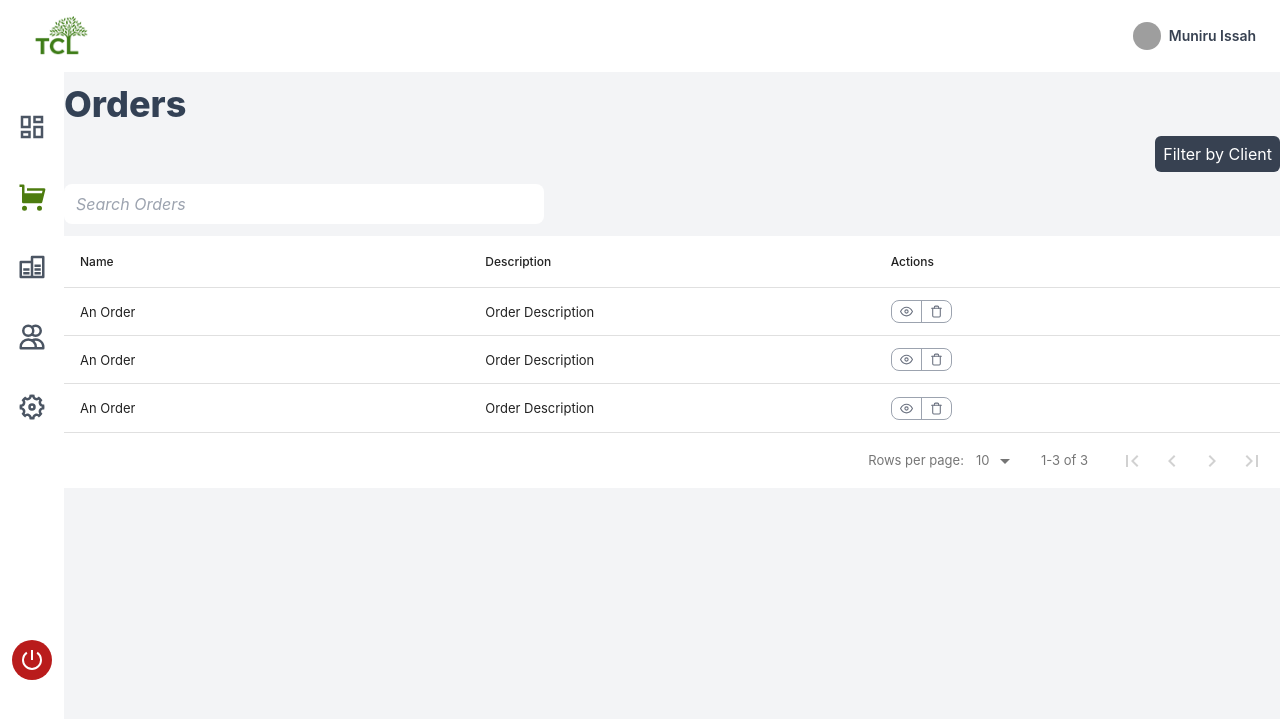
Repository: issah-gaisie/timber
Page: /dashboard/orders
The author's editor kept a copy of each file at every save. The page is drawn from the files as they stood at one save, then again after a run of saves.
The browser window is 1280 px wide. The pictures show the whole page.
Pictures or frames that could not be fetched are drawn as grey boxes. The project was rebuilt for these pictures with package versions that can differ from the ones it lists, and the page was loaded fresh each time. Also part of the build but not shown: src/App.css, src/components/Input.js, src/components/Login.js, src/components/Auth.js, src/components/ResetPassword/PasswordReset.js, src/components/ResetPassword/PasswordResetSent.js, src/components/Dashboard/sub-components/ProfilePopup.js, src/components/PrivateRoute.js and 47 more.

Above is the page before, as saved 2022-04-02 12:06:59.

### src/components/Dashboard/Dashboard.js
//Dashboard Component

import React, { useMemo, useState } from "react";
import logo from "../../assets/TCL2.png";
import profile from "../../assets/man_cutting_timber.jpg";

import { FaAngleDown, FaAngleUp } from "react-icons/fa";
import { Outlet, useLocation } from "react-router-dom";
import Sidebar from "./sub-components/Sidebar";
import ProfilePopup from "./sub-components/ProfilePopup";
import FloatingBottomNavBar from "./sub-components/FloatingBottomNavBar";

//Main Dashboard Component
const Dashboard = () => {
  const location = useLocation();
  console.log({ location });
  const [showPopup, setShowPopup] = useState(false);
  const togglePopup = () => setShowPopup((previousState) => !previousState);

  const arrow = useMemo(
    () => (showPopup ? <FaAngleUp /> : <FaAngleDown />),
    [showPopup]
  );

  return (
    <div className="flex flex-col h-screen w-screen bg-gray-100">
      {/* Dashboard Header */}
      <header className="flex justify-between items-center h-[10vh] shadow-sm bg-white px-2 md:px-6 relative">
        <img src={logo} alt="tcl" className="h-10 w-auto object-contain" />
        <div className="flex justify-center items-center space-x-2 pointer">
          <div
            className="h-7 w-7 rounded rounded-full bg-green-700 bg-cover bg-no-repeat bg-center"
            style={{ backgroundImage: `url(${profile})` }}
          ></div>
          <span className="hidden md:block text-gray-700 text-sm font-semibold ml-3">
            Muniru Issah
          </span>
        </div>
      </header>
      {/* Dashboard Main */}
      <main className="flex w-full h-[90vh] relative">
        <Sidebar />
        <section className="w-full  h-[83vh] md:h-[88vh] scroll-smooth overflow-y-auto bg-gray-100">
          <Outlet />
        </section>
        <FloatingBottomNavBar />
      </main>
    </div>
  );
};

export default Dashboard;

### src/components/Dashboard/Orders/Orders.js
import React from "react";
import { Outlet } from "react-router-dom";
import { profileRoutes } from "../../../utils";
import DashboardTabLink from "../sub-components/DashboardTabLink";
const Orders = () => {
  return (
    <div className="w-full h-full  flex flex-col items-start">
      <h1 className="text-4xl font-extrabold my-3 text-slate-700">Orders</h1>
      {/* <nav className="w-full text-left py-5 border-b border-gray-300 mb-2 flex flex-wrap">
        {profileRoutes.map((route) => (
          <DashboardTabLink {...route} />
        ))}
      </nav> */}
      <Outlet />
    </div>
  );
};

export default Orders;

### src/components/Dashboard/Orders/AllOrders.js
import React from "react";
import DataTable from "react-data-table-component";
import { useNavigate } from "react-router-dom";
import Search from "../StockManagement/sub-components/Search";
import TableActions from "../StockManagement/sub-components/TableActions";
import { useState } from "react";
import FilterByClient from "./sub-components/FilterByClient";
import { useEffect } from "react";
const AllOrders = () => {
  const navigate = useNavigate();
  const [shouldFilter, setShouldFilter] = useState(false);
  const [filter, setFilter] = useState("");

  useEffect(() => {
      console.log({shouldFilter},{filter})
  }, [shouldFilter,filter]);

  const toggleShouldFilter = () => setShouldFilter((prevState) => !prevState);
  const compartmentColumns = [
    {
      name: "Name",
      selector: (row) => row.orderName,
    },
    {
      name: "Description",
      selector: (row) => row.description,
    },
    // {
    //   name: "Active",
    //   selector: (row) =>
    //     row.isActive ? (
    //       <ActivePill>Active</ActivePill>
    //     ) : (
    //       <InactivePill>Inactive</InactivePill>
    //     ),
    // },
    {
      name: "Actions",
      selector: (row) => (
        <div>
          <TableActions
            viewAction={() => navigate(`${row.id}`)}
            deleteAction={() =>
              window.confirm(`Are you sure you want to delete this compartment`)
            }
          />
        </div>
      ),
    },
  ];
  return (
    <div className="w-full">
      {/* <AddnExport /> */}
      <FilterByClient
        filter={filter}
        changeHandler={setFilter}
        shouldFilter={shouldFilter}
        toggleFilters={toggleShouldFilter}
      />
      <Search placeholder="Search Orders" />
      <DataTable
        className="w-full rounded rounded-lg"
        columns={compartmentColumns}
        data={data}
        pagination
      />
    </div>
  );
};

export default AllOrders;

const data = [
  {
    id: 1,
    orderName: "An Order",
    description: "Order Description",
    isActive: true,
  },
  {
    id: 2,
    orderName: "An Order",
    description: "Order Description",
    isActive: true,
  },
  {
    id: 3,
    orderName: "An Order",
    description: "Order Description",
    isActive: false,
  },
];

### src/components/Dashboard/sub-components/Sidebar.js
import React from "react";
import { RiShutDownLine } from "react-icons/ri";
import { NavLink } from "react-router-dom";
import { dashboardNavigation } from "../../../utils";
const Sidebar = () => {
  return (
    <nav className="h-full bg-white shadow-xs min-w-[4rem] basis-[5%] flex-col items-center justify-between  hidden md:flex">
      <div className="flex flex-col justify-center space-y-10 pt-10">
        {dashboardNavigation.map((navItem, index) => (
          <NavLink key={index} to={navItem.path} className="group">
            {({ isActive }) => (
              <>
                <navItem.Icon
                  className={
                    isActive
                      ? "hidden"
                      : "text-3xl text-gray-600 group-hover:hidden"
                  }
                />

                <navItem.IconFilled
                  className={
                    isActive
                      ? "text-3xl text-lime-700"
                      : "hidden text-3xl text-lime-700 group-hover:block"
                  }
                />
              </>
            )}
          </NavLink>
        ))}
      </div>

      <div className=" flex justify-center items-center bg-red-700 hover:bg-red-900 p-2 rounded rounded-full mb-10">
        <RiShutDownLine className="text-2xl text-white" />
      </div>
    </nav>
  );
};

export default Sidebar;

### src/components/Dashboard/sub-components/FloatingBottomNavBar.js
import React from "react";
import { RiShutDownLine } from "react-icons/ri";
import { NavLink } from "react-router-dom";
import { dashboardNavigation } from "../../../utils";

const FloatingBottomNavBar = () => {
  return (
    <nav className="flex md:hidden w-full items-center justify-around bg-white shadow-sm absolute bottom-0 h-[6vh]  m-auto">
      {dashboardNavigation.map((navItem, index) => (
        <NavLink key={index} to={navItem.path} className="group">
          {({ isActive }) => (
            <>
              <navItem.Icon
                className={
                  isActive
                    ? "hidden"
                    : "text-xl text-gray-600 group-hover:hidden"
                }
              />

              <navItem.IconFilled
                className={
                  isActive
                    ? "text-xl text-lime-700"
                    : "hidden text-xl text-lime-700 group-hover:block"
                }
              />
            </>
          )}
        </NavLink>
      ))}
      <div className="">
        <RiShutDownLine className="text-xl text-red-600" />
      </div>
    </nav>
  );
};

export default FloatingBottomNavBar;

### src/utils/index.js
import {
  RiDashboardFill,
  RiDashboardLine,
  RiSettings5Fill,
  RiSettings5Line,
  RiDatabaseFill,
  RiDatabaseLine,
  RiShoppingCartLine,
  RiShoppingCartFill
} from "react-icons/ri";
import { HiUsers, HiOutlineUsers } from "react-icons/hi";
import manCTimber from "../assets/man_cutting_timber.jpg";
// sidebar utils
export const dashboardNavigation = [
  {
    name: "Dashboard",
    IconFilled: (props) => <RiDashboardFill {...props} />,
    Icon: (props) => <RiDashboardLine {...props} />,
    path: "main",
  },
  {
    name: "Orders",
    IconFilled: (props) => <RiShoppingCartFill {...props} />,
    Icon: (props) => <RiShoppingCartLine {...props} />,
    path: "orders",
  },
  {
    name: "Stock Management",
    IconFilled: (props) => <RiDatabaseFill {...props} />,
    Icon: (props) => <RiDatabaseLine {...props} />,
    path: "stock-management",
  },
  {
    name: "Users",
    IconFilled: (props) => <HiUsers {...props} />,
    Icon: (props) => <HiOutlineUsers {...props} />,
    path: "users",
  },
  {
    name: "Profile",
    IconFilled: (props) => <RiSettings5Fill {...props} />,
    Icon: (props) => <RiSettings5Line {...props} />,
    path: "profile",
  },
];

// ROUTES FOR THE PROFILE SECTION  IN THE DASHBOARD
export const profileRoutes = [
  {
    name: "Personal Details",
    path: "personal-details",
  },
  {
    name: "Change Password",
    path: "change-password",
  },
];

// ROUTES FOR THE USERS SECTION IN THE DASHBOARD
export const userRoutes = [
  {
    name: "All Users",
    path: "all",
  },
  {
    name: "Active Users",
    path: "active",
  },
  {
    name: "Deactivated Users",
    path: "deactivated",
  },
  {
    name: "Client Users",
    path: "client",
  },
  {
    name: "Internal Users",
    path: "internal",
  },
];

// ROUTES FOR STOCK MANAGEMENT IN THE DASHBOARD
export const stockRoutes = [
  {
    name: "Concession",
    path: "concession",
  },
  {
    name: "Compartment",
    path: "compartment",
  },
  {
    name: "Species",
    path: "species",
  },
  {
    name: "Trees",
    path: "trees",
  },
  {
    name: "Teams",
    path: "teams",
  },
  {
    name: "Products",
    path: "products",
  },
  {
    name: "Product Types",
    path: "product-types",
  },
];

// TEST USERS
export const testUsers = [
  {
    id: 1,
    username: "Missah",
    firstName: "Issah",
    lastName: "Muniru",
    email: "issahmuniru@gmail.com",
    phoneNumber: "+23355345679",
    location: "Lakeside",
    address1: "Lakeside Barrier",
    address2: "Lakeside Second",
    role: "Admin",
    profileImage: manCTimber,
    active: false,
  },
  {
    id: 2,
    username: "ErnestGaisie",
    firstName: "Ernest",
    lastName: "Gaisie",
    email: "ernestgaisie@gmail.com",
    phoneNumber: "+23355234566",
    location: "Nungua",
    address1: "Nungua Barrier",
    address2: "Nungua Second",
    role: "Client User",
    profileImage: manCTimber,
    active: false,
  },
  {
    id: 3,
    username: "BotweIsaac",
    firstName: "Botwe",
    lastName: "Isaac",
    email: "botweisaac@gmail.com",
    phoneNumber: "+23355679905",
    location: "Labadi",
    address1: "Labadi Barrier",
    address2: "Labadi Second",
    role: "Internal User",
    profileImage: manCTimber,
    active: true,
  },
];

// DUMMY ROLES FOR USERS
export const userRoles = {
  CLIENT: "Client User",
  INTERNAL: "Internal User",
  ADMIN: "Admin",
};

export const testConcessions = [
  {
    id: 1,
    concessionName: "concession1",
    concessionSize: "10sqm",
    description: "A large concession",
    totalNumberOfTrees: 2000,
    address: "Manet Palms",
    permitNumber: "123456",
    permitExpiryDate: new Date().toISOString(),
    permitDocument: ".docsx",
  },
  {
    id: 2,
    concessionName: "concession2",
    concessionSize: "10sqm",
    description: "A large concession",
    totalNumberOfTrees: 2000,
    address: "Manet Palms",
    permitNumber: "123456",
    permitExpiryDate: new Date().toISOString(),
    permitDocument: ".docsx",
  },
  {
    id: 3,
    concessionName: "concession3",
    concessionSize: "10sqm",
    description: "A large concession",
    totalNumberOfTrees: 2000,
    address: "Manet Palms",
    permitNumber: "123456",
    permitExpiryDate: new Date().toISOString(),
    permitDocument: ".docsx",
  },
  {
    id: 4,
    concessionName: "concession4",
    concessionSize: "10sqm",
    description: "A large concession",
    totalNumberOfTrees: 2000,
    address: "Manet Palms",
    permitNumber: "123456",
    permitExpiryDate: new Date().toISOString(),
    permitDocument: ".docsx",
  },
  {
    id: 5,
    concessionName: "concession5",
    concessionSize: "10sqm",
    description: "A large concession",
    totalNumberOfTrees: 2000,
    address: "Manet Palms",
    permitNumber: "123456",
    permitExpiryDate: new Date().toISOString(),
    permitDocument: ".docsx",
  },
];

### src/components/Dashboard/StockManagement/sub-components/Search.js
import React from "react";

const Search = (props) => {
  return (
    <input
      type="search"
      className="text-gray-400 italic px-3 placeholder:text-gray-400 placeholder:italic h-10 w-full md:w-[30rem] bg-white focus:outline-2 focus:outline-tclPrimary/75 my-3 rounded rounded-lg"
      placeholder={props.placeholder ? props.placeholder : "Search ..."}
    />
  );
};

export default Search;

### src/components/Dashboard/StockManagement/sub-components/TableActions.js
import React from 'react'
import { FiEye, FiTrash } from 'react-icons/fi'
const TableActions = ({viewAction,deleteAction}) => {
  return (
    <div className='border border-gray-400 rounded rounded-lg'>
        <button className='text-gray-500 px-2 py-1 first:border-r first:border-gray-400 hover:bg-gray-700 hover:text-white' onClick={viewAction}><FiEye/></button>
        <button className='text-gray-500 px-2 py-1 hover:bg-red-700 hover:text-white' onClick={deleteAction}><FiTrash/></button>
    </div>
  )
}

export default TableActions

### src/components/Dashboard/Orders/sub-components/FilterByClient.js
import React from 'react'
import Select from 'react-select';


const testClients = [
    { label: "Ernest", value: "Ernest" },
    { label: "Earnest", value: "Earnest" },
    { label: "Ear-nest", value: "Ear-nest" },
  ];


const FilterByClient = ({
    filter,
    changeHandler,
    toggleFilters,
    shouldFilter,
  }) => {
    const cancelFiltersHandler = async () => {
      await changeHandler("");
      toggleFilters();
    };
    return (
      <div className="flex flex md:items-stretch md:space-x-3 justify-end">
        {shouldFilter && (
          <Select
            placeholder="Select A Client"
            onChange={(item) => changeHandler(item.value)}
            options={testClients}
            className="w-full md:w-[20rem]"
            name="client"
          />
        )}
        {shouldFilter ? (
          <button
            className="rounded rounded-md bg-red-700 hover:bg-red-800 hover:shadow-md  text-white py-1 px-2"
            onClick={cancelFiltersHandler}
          >
            Cancel
          </button>
        ) : (
          <button
            className="rounded rounded-md bg-gray-700 hover:bg-gray-800 hover:shadow-md text-white py-1.5 px-2"
            onClick={toggleFilters}
          >
            Filter by Client
          </button>
        )}
      </div>
    );
  };

export default FilterByClient

### tailwind.config.js
module.exports = {
  content: ["./src/**/*.{js,jsx,ts,tsx}"],
  theme: {
    extend: {
      colors: {
        tclPrimary: "#3e7c17",
      },
    },
  },
  plugins: [],
};

Loaded but not shown: public/index.html (common file); src/index.js (common file); src/index.css (common file); src/reportWebVitals.js (common file); src/App.js (183 lines, source omitted)

After the next 3 saves:
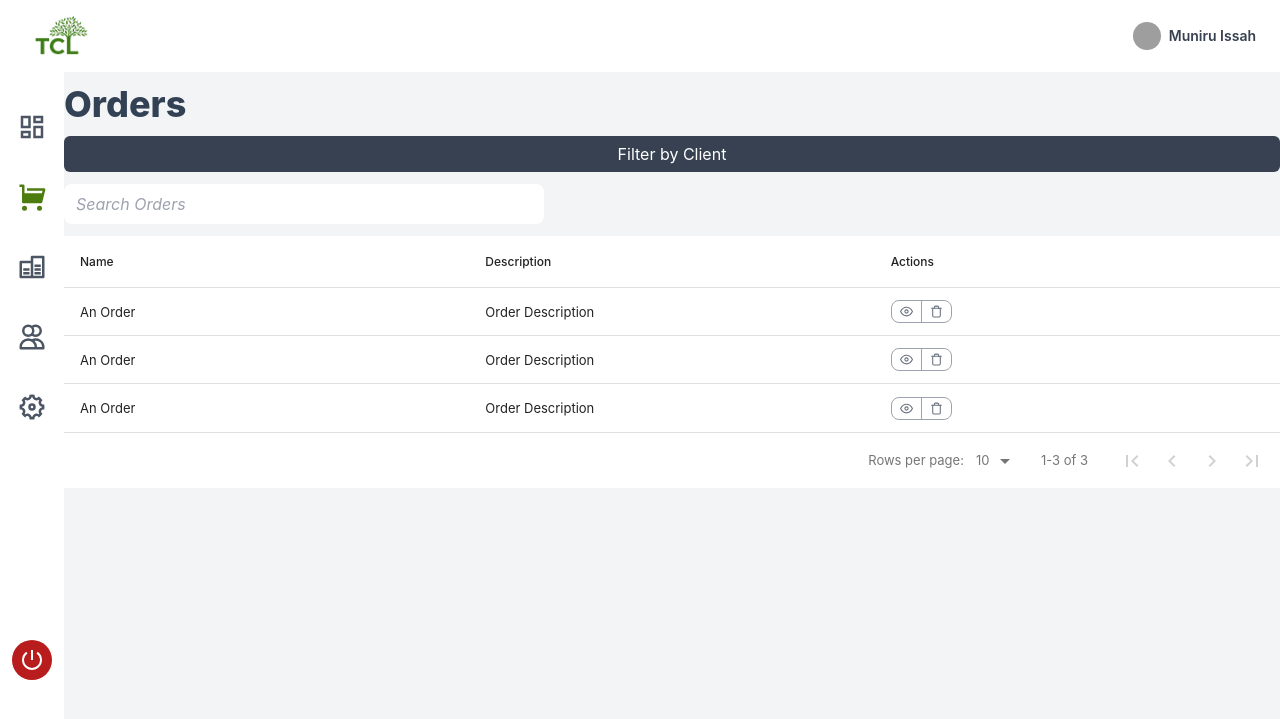
The 3 saves are shown as one change because they came seconds apart.
The last was saved 18 s later.
--- a/src/components/Dashboard/Orders/sub-components/FilterByClient.js
+++ b/src/components/Dashboard/Orders/sub-components/FilterByClient.js
@@ -20,7 +20,7 @@
       toggleFilters();
     };
     return (
-      <div className="flex flex md:items-stretch md:space-x-3 justify-end">
+      <div className="flex flex-col md:flex md:items-stretch md:space-x-3 justify-end">
         {shouldFilter && (
           <Select
             placeholder="Select A Client"

After the 2 saves that followed:
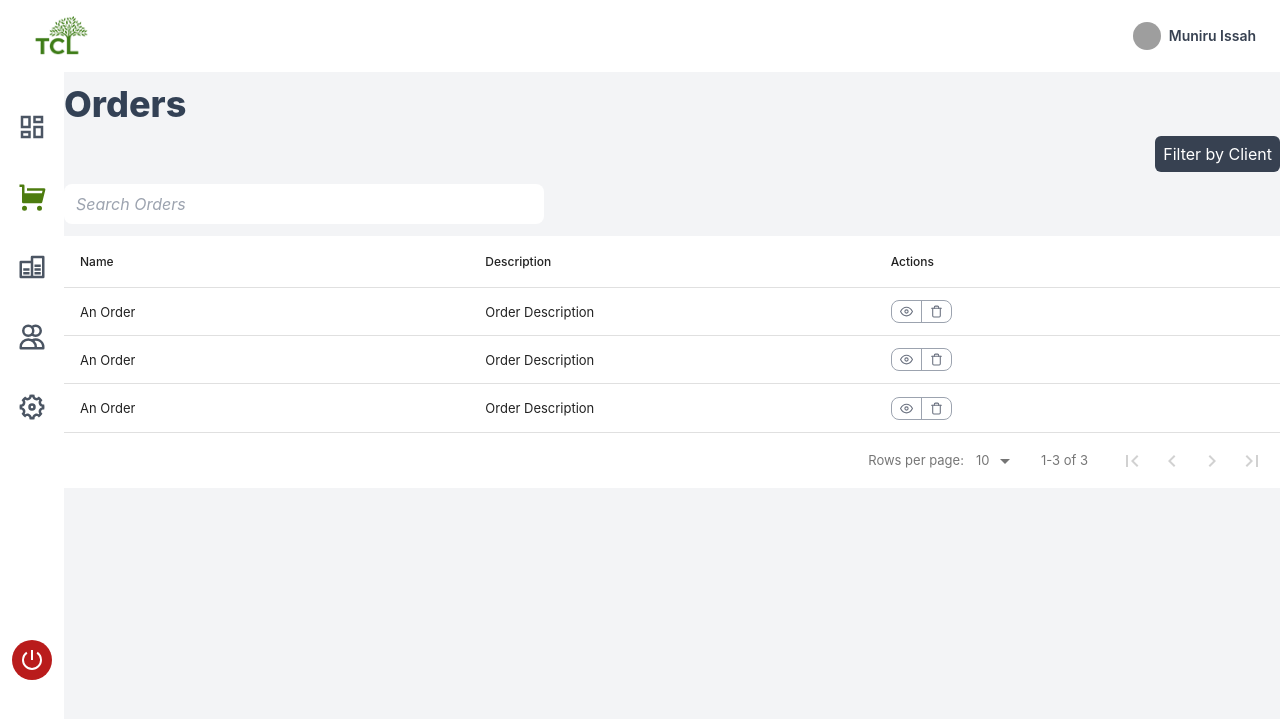
The 2 saves are shown as one change because they came seconds apart.
The last was saved 11 s later.
--- a/src/components/Dashboard/Orders/sub-components/FilterByClient.js
+++ b/src/components/Dashboard/Orders/sub-components/FilterByClient.js
@@ -20,7 +20,7 @@
       toggleFilters();
     };
     return (
-      <div className="flex flex-col md:flex md:items-stretch md:space-x-3 justify-end">
+      <div className="flex flex-col md:flex-row md:items-stretch md:space-x-3 justify-end">
         {shouldFilter && (
           <Select
             placeholder="Select A Client"
